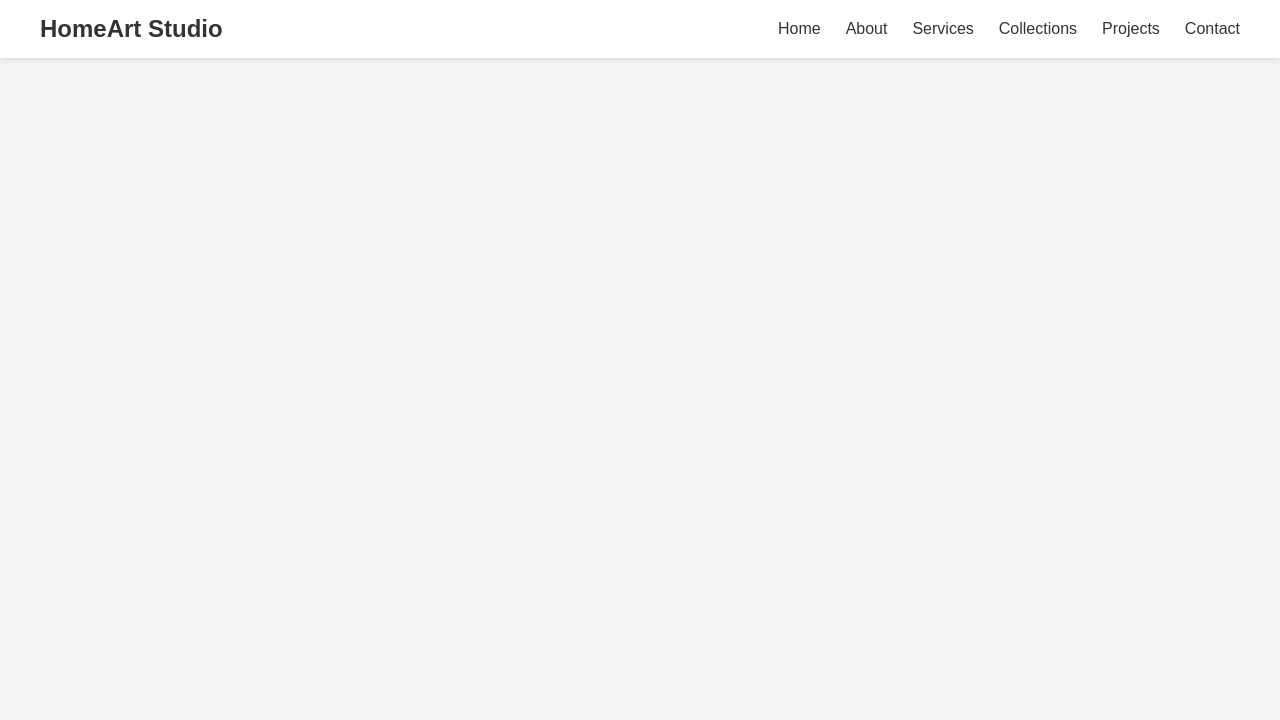
Repository: Patience225/home-decor-studio
Page: index.html
These files come from the project's save history. The page is drawn as it stood at one moment and after the next save; the edit follows.
The browser window is 1280 px wide. The pictures show the whole page.

Above is the page before, as saved 2025-01-29 04:30:34.

### index.html
<!DOCTYPE html>
<html lang="en">
<head>
  <meta charset="UTF-8">
  <meta name="viewport" content="width=device-width, initial-scale=1.0">
  <title>HomeArt Studio</title>
  <link rel="stylesheet" href="styles.css">
</head>
<body>
  <header>
    <nav class="navbar">
      <div class="logo">HomeArt Studio</div>
      <ul class="nav-links">
        <li><a href="#">Home</a></li>
        <li><a href="#">About</a></li>
        <li><a href="#">Services</a></li>
        <li><a href="#">Collections</a></li>
        <li><a href="#">Projects</a></li>
        <li><a href="#">Contact</a></li>
      </ul>
      <div class="hamburger">
        <span></span>
        <span></span>
        <span></span>
      </div>
    </nav>
  </header>

  <script src="script.js"></script>
</body>
</html>

### styles.css
* {
  margin: 0;
  padding: 0;
  box-sizing: border-box;
}

body {
  font-family: 'Arial', sans-serif;
  background-color: #f5f5f5;
}

header {
  width: 100%;
  background-color: white;
  padding: 15px 30px;
  box-shadow: 0 2px 5px rgba(0, 0, 0, 0.1);
  position: fixed;
  top: 0;
  z-index: 10;
}

.navbar {
  display: flex;
  justify-content: space-between;
  align-items: center;
  max-width: 1200px;
  margin: auto;
}

.logo {
  font-size: 1.5rem;
  font-weight: bold;
  color: #333;
}

.nav-links {
  display: flex;
  list-style: none;
}

.nav-links li {
  margin-left: 25px;
}

.nav-links a {
  text-decoration: none;
  color: #333;
  font-size: 1rem;
  transition: color 0.3s ease;
}

.nav-links a:hover {
  color: #0078ff;
}

.hamburger {
  display: none;
  flex-direction: column;
  cursor: pointer;
}

.hamburger span {
  height: 3px;
  width: 25px;
  background: #333;
  margin: 4px 0;
}

@media (max-width: 768px) {
  .nav-links {
    display: none;
    flex-direction: column;
    position: absolute;
    top: 60px;
    right: 0;
    background-color: white;
    width: 100%;
    text-align: right;
  }

  .nav-links.active {
    display: flex;
  }

  .hamburger {
    display: flex;
  }
}

### script.js
const hamburger = document.querySelector('.hamburger');
const navLinks = document.querySelector('.nav-links');

hamburger.addEventListener('click', () => {
  navLinks.classList.toggle('active');
});

After the next save:
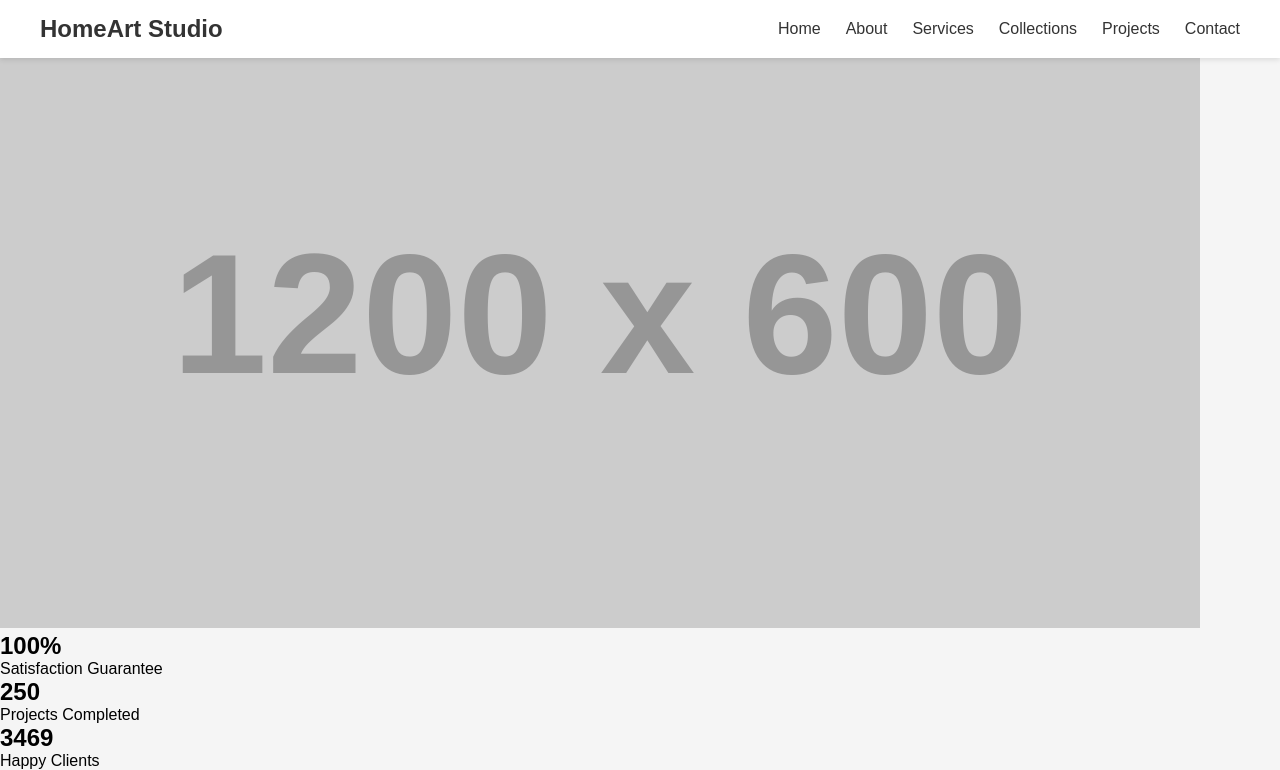
Saved 6 s later.
--- a/index.html
+++ b/index.html
@@ -25,6 +25,26 @@
       </div>
     </nav>
   </header>
+  <section class="hero">
+    <div class="hero-content">
+      <h1>Designs That Breathe Life into Your Home</h1>
+      <img src="https://via.placeholder.com/1200x600" alt="Living room design" class="hero-image">
+      <div class="hero-stats">
+        <div class="stat-item">
+          <h2>100%</h2>
+          <p>Satisfaction Guarantee</p>
+        </div>
+        <div class="stat-item">
+          <h2>250</h2>
+          <p>Projects Completed</p>
+        </div>
+        <div class="stat-item">
+          <h2>3469</h2>
+          <p>Happy Clients</p>
+        </div>
+      </div>
+    </div>
+  </section>
 
   <script src="script.js"></script>
 </body>
